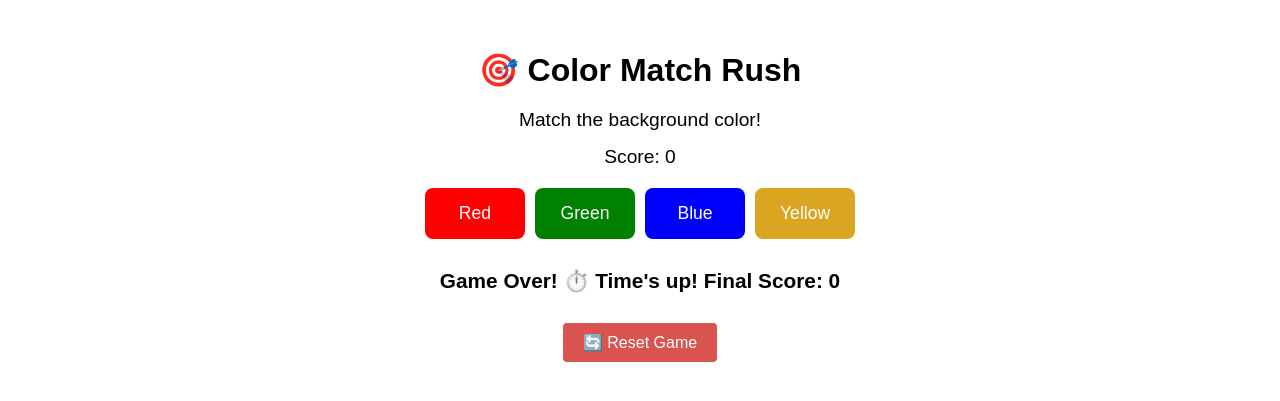
Repository: alokanand524/anand-portfolio
Page: games/color-match-game/index.html
An editor plug-in stored every save of this project. The page is shown before and after the next save, followed by the edit.
The browser window is 1280 px wide. The pictures show the whole page.

Above is the page before, as saved 2025-07-31 16:20:30.

After the next save:
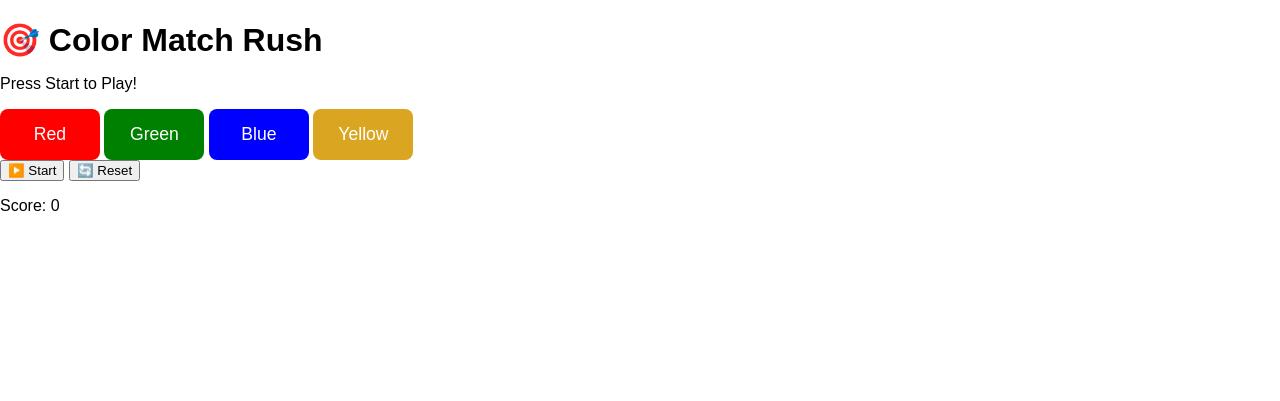
Console error: ReferenceError: $ is not defined
Saved 52 s later.
--- a/games/color-match-game/index.html
+++ b/games/color-match-game/index.html
@@ -1,35 +1,34 @@
 <!DOCTYPE html>
 <html lang="en">
+<head>
+  <meta charset="UTF-8" />
+  <meta name="viewport" content="width=device-width, initial-scale=1.0"/>
+  <title>🎨 Color Match Rush</title>
+  <link rel="stylesheet" href="style.css">
+</head>
+<body>
 
-<head>
-    <meta charset="UTF-8" />
-    <meta name="viewport" content="width=device-width, initial-scale=1.0" />
-    <title>🎨 Color Match Rush</title>
-    <link rel="stylesheet" href="style.css" />
-    <script src="https://code.jquery.com/jquery-3.6.0.min.js"></script>
-</head>
-
-<body>
-    <div class="game-container">
-        <h1>🎯 Color Match Rush</h1>
-        <p id="instruction">Match the background color!</p>
-
-        <div class="score-board">
-            Score: <span id="score">0</span>
-        </div>
-
-        <div class="buttons">
-            <button class="color-btn red" data-color="red">Red</button>
-            <button class="color-btn green" data-color="green">Green</button>
-            <button class="color-btn blue" data-color="blue">Blue</button>
-            <button class="color-btn yellow" data-color="yellow">Yellow</button>
-        </div>
-
-        <div id="status">Get Ready...</div>
-        <button class="reset-btn" onclick="resetGame()">🔄 Reset Game</button>
+  <div class="container">
+    <h1>🎯 Color Match Rush</h1>
+    <div class="game-box" id="gameBox">
+      <p id="message">Press Start to Play!</p>
     </div>
 
-    <script src="script.js"></script>
+    <div class="btn-group">
+      <button class="color-btn red" data-color="red">Red</button>
+      <button class="color-btn green" data-color="green">Green</button>
+      <button class="color-btn blue" data-color="blue">Blue</button>
+      <button class="color-btn yellow" data-color="yellow">Yellow</button>
+    </div>
+
+    <div class="controls">
+      <button id="startBtn">▶️ Start</button>
+      <button id="resetBtn">🔄 Reset</button>
+    </div>
+
+    <p>Score: <span id="score">0</span></p>
+  </div>
+
+  <script src="script.js"></script>
 </body>
-
 </html>
